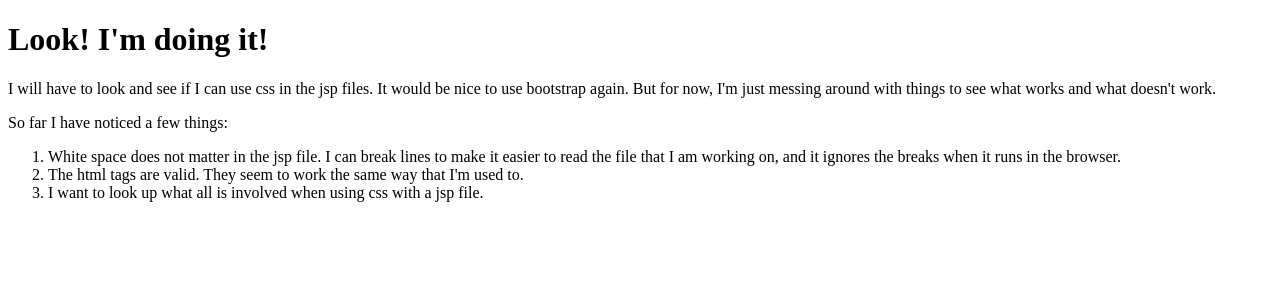
Repository: overbejt/UdemySpringMVC
Page: http://localhost/hello-World/login.do
These files come from the project's save history. The page is drawn as it stood at one moment and after the next save; the edit follows.
The browser window is 1280 px wide. The pictures show the whole page.
The page is served by Tomcat 9.

Above is the page before, as saved 2018-12-25 04:58:28.

After the next save:
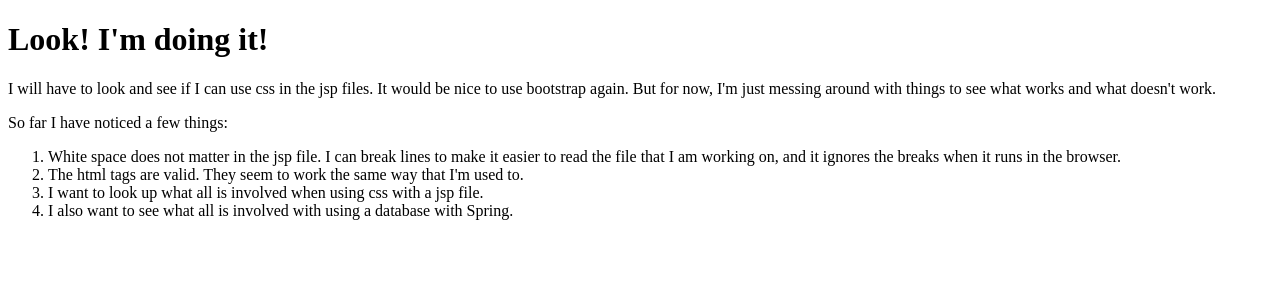
Saved 2 min 26 s later.
--- a/hello-World/src/main/webapp/WEB-INF/views/login.jsp
+++ b/hello-World/src/main/webapp/WEB-INF/views/login.jsp
@@ -36,6 +36,10 @@ same way that I'm used to.
 I want to look up what all is involved when using
 css with a jsp file.
 </li>
+<li>
+I also want to see what all is involved with using
+a database with Spring.
+</li>
 </ol>
 </p>
 
